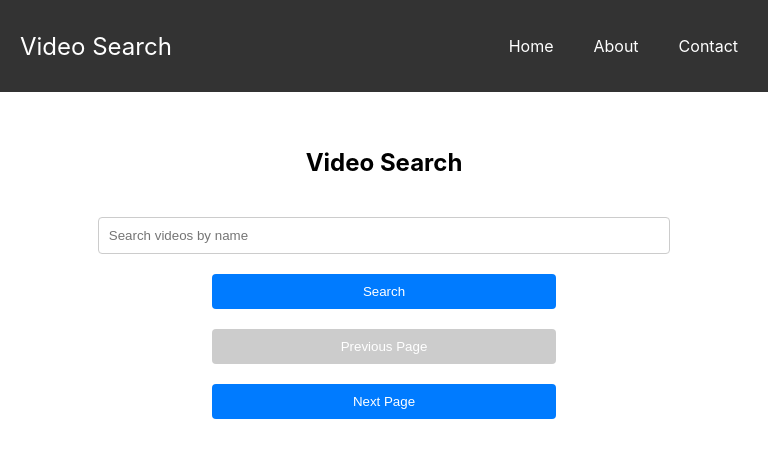
Repository: LolaSL/video-search
Page: /
The author's editor kept a copy of each file at every save. The page is drawn from the files as they stood at one save, then again after a run of saves.
The browser window is 768 px wide. The pictures show the whole page.
The project was rebuilt for these pictures with package versions that can differ from the ones it lists, and the page was loaded fresh each time.

Above is the page before, as saved 2023-08-12 13:35:35.

### src/App.js
import React from 'react';
import './App.css';
import VideoSearch from './VideoSearch';
import Navbar from './Navbar';
import { BrowserRouter as Router } from 'react-router-dom';

function App() {
  return (
    <Router>
      <div className="App">
        <Navbar />
        <div className="container">
          <VideoSearch />
        </div>
      </div>
    </Router>
  );
}

export default App;

### src/App.css
.App {
  text-align: center;
}

.container {
  max-width: 800px;
  margin: 0 auto;
  padding: 20px;
}

h1 {
  font-size: 24px;
  margin-bottom: 20px;
}

input[type="text"] {
  padding: 10px;
  width:60%;
  margin: 10px;
  border: 1px solid #ccc;
  border-radius: 4px;
}

button {
  margin: 10px;
  padding: 10px 20px;
  background-color: #007bff;
  color: #fff;
  border: none;
  border-radius: 4px;
  cursor: pointer;
}

button:disabled {
  background-color: #ccc;
  cursor: not-allowed;
}

iframe {
  width: 100%;
  height: 415px;
  border: none;
  margin-top: 15px;
}

.video-item {
  margin: 20px 0;
  padding: 20px;
  border: 1px solid #ccc;
  border-radius: 4px;
}

.video-title {
  font-size: 18px;
  margin-bottom: 10px;
}

.pagination {
  margin-top: 20px;
}

.pagination button {
  margin-right: 10px;
}
/* Navbar styles */
.navbar {
  display: flex;
  justify-content: space-between;
  align-items: center;
  padding: 10px 20px;
  background-color: #333;
  color: white;
}

.navbar-logo {
  font-size: 1.5rem;
}

.nav-toggle {
  display: none;
  background: none;
  border: none;
  color: white;
  font-size: 1rem;
  cursor: pointer;
}

.navbar-nav {
  list-style: none;
  display: flex;
  gap: 20px;
}

.nav-item {
  padding: 10px;
}

.nav-link {
  color: white;
  text-decoration: none;
}

/* Show the navigation links when the navbar is open */
.navbar-nav.open {
  display: flex;
  flex-direction: column;
  position: absolute;
  background-color: #333;
  top: 55px;
  right: 20px;
  z-index: 1000;
}


@media screen and (max-width: 768px) {

  .container {
    padding: 10px;
    margin: 30px;
  }

  input[type="text"] {
    width:80%;
    margin: 20px;
    margin-bottom: 10px;
  }

  button {
    width: 50%;
    margin-bottom: 10px;
    color: white;
    backgroung:
  }

  .video-item {
    padding: 10px;
    margin: 10px 20px;
  }

  .pagination {
    text-align: center;
  }
}

### src/VideoSearch.jsx
import React, { useState } from 'react';
import axios from 'axios';

const API_KEY = 'AIzaSyAZw_7fp6hzKHZ_UNfC9jRiNJBWZQnTOmM';
const CHANNEL_ID = 'CSgDjZ_Vv8g';
const RESULTS_PER_PAGE = 10;


const VideoSearch = () => {
    const [videos, setVideos] = useState([]);
    const [searchTerm, setSearchTerm] = useState('');
    const [currentPage, setCurrentPage] = useState(1);

    const searchVideos = async () => {
      try {
        const response = await axios.get(
          `https://www.googleapis.com/youtube/v3/search?key=${API_KEY}&channelId=${CHANNEL_ID}&part=snippet,id&type=video&q=${searchTerm}&maxResults=${RESULTS_PER_PAGE}&pageToken=${currentPage > 1 ? videos.length : ''}`
        );

        setVideos(response.data.items);
      } catch (error) {
        console.error('Error fetching videos:', error);
      }
    };

    const handlePageChange = (newPage) => {
      setCurrentPage(newPage);
      searchVideos();
    };

    return (
      <div>
        <h1>Video Search</h1>
        <input
          type="text"
          placeholder="Search videos by name"
          value={searchTerm}
          onChange={(e) => setSearchTerm(e.target.value)}
        />
        <button onClick={() => handlePageChange(1)}>Search</button>

        <div>
          {videos.map((video) => (
            <div key={video.id.videoId}>
              <h2>{video.snippet.title}</h2>
              <iframe
                title={video.snippet.title}
                width="560"
                height="415"
                src={`https://www.youtube.com/embed/${video.id.videoId}`}
                // frameBorder="0"
                allowFullScreen
              ></iframe>
            </div>
          ))}
        </div>

        <div>
          <button
            onClick={() => handlePageChange(currentPage - 1)}
            disabled={currentPage === 1}
          >
            Previous Page
          </button>
          <button onClick={() => handlePageChange(currentPage + 1)}>Next Page</button>
        </div>
      </div>
    );
  };

  export default VideoSearch;

### src/Navbar.jsx
import React, { useState } from 'react';
import { Link } from 'react-router-dom';

const Navbar = () => {
  const [isNavOpen, setIsNavOpen] = useState(false);

  const toggleNav = () => {
    setIsNavOpen(!isNavOpen);
  };

  return (
    <nav className="navbar">
      <div className="navbar-brand">
        <span className="navbar-logo">Video Search</span>
      </div>
      <button className="nav-toggle" onClick={toggleNav}>
        {isNavOpen ? 'Close' : 'Open'}
      </button>
      <ul className={`navbar-nav ${isNavOpen ? 'open' : ''}`}>
        <li className="nav-item">
          <Link to="/" className="nav-link">Home</Link>
        </li>
        <li className="nav-item">
          <Link to="/about" className="nav-link">About</Link>
        </li>
        <li className="nav-item">
          <Link to="/contact" className="nav-link">Contact</Link>
        </li>
      </ul>
    </nav>
  );
};

export default Navbar;

Loaded but not shown: public/index.html (common file); src/index.js (common file); src/index.css (common file); src/reportWebVitals.js (common file)

After the next 2 saves:
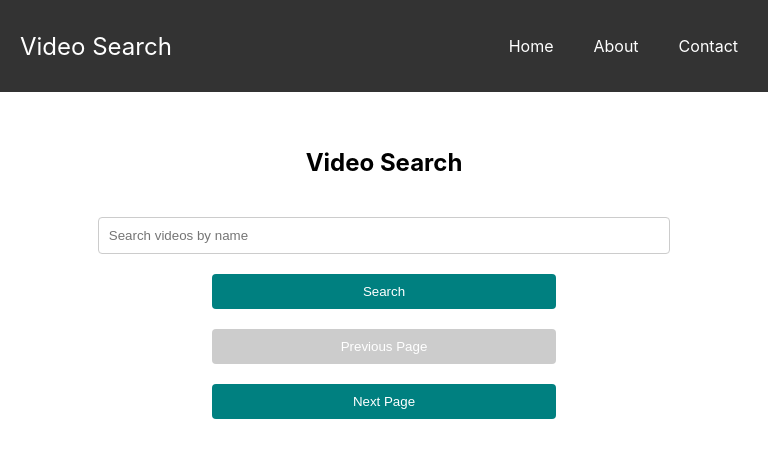
The 2 saves are shown as one change because they came seconds apart.
The last was saved 7 s later.
--- a/src/App.css
+++ b/src/App.css
@@ -129,7 +129,7 @@
     width: 50%;
     margin-bottom: 10px;
     color: white;
-    backgroung:
+    background: teal;
   }
 
   .video-item {

After the save that followed:
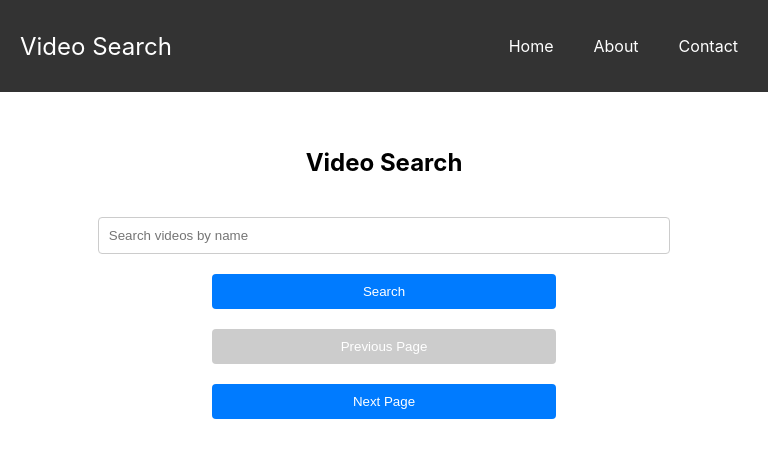
Saved 26 s later.
--- a/src/App.css
+++ b/src/App.css
@@ -128,8 +128,7 @@
   button {
     width: 50%;
     margin-bottom: 10px;
-    color: white;
-    background: teal;
+
   }
 
   .video-item {
